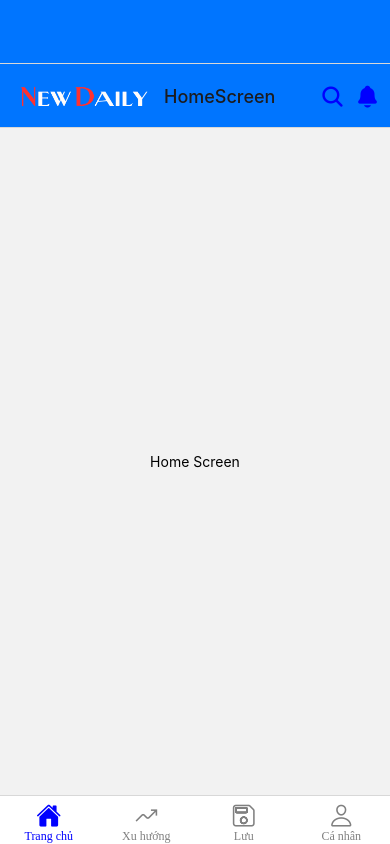
Repository: Quynhhuong150322/New_Daily
Screen: /BottomTab
These files come from the project's save history. The screen is drawn as it stood at one moment and after the next save; the edit follows.
The app was drawn by React Native's web renderer in a window 390 px wide. The project was rebuilt for these pictures with package versions that can differ from the ones it lists, and the page was loaded fresh each time. Also part of the build but not shown: firebase.js, screens/Login.js, screens/Signup.js, screens/Trending.js, screens/Save.js, components/Divider.js, components/Tab.js, screens/Profile.js and 4 more.

Above is the screen before, as saved 2023-12-20 06:21:38.

### App.js
import React from "react";
import {  StyleSheet, View } from "react-native";
import AppNavigator from "./navigation/AppNavigator";


export default function App() {
  return (
    <View style={styles.container}>
      <AppNavigator />
    </View>
  );
}

const styles = StyleSheet.create({
  container: {
    flex: 1,
  },
});

### navigation/AppNavigator.js
import { NavigationContainer } from '@react-navigation/native';
import { createNativeStackNavigator } from "@react-navigation/native-stack"
import Login from "../screens/Login";
import Signup from "../screens/Signup";
import  Welcome from "../screens/Welcome";
import  Home from "../screens/Home";
import  BottomTab from "../screens/ButtomTab";
import Trending from '../screens/Trending'
import Save from '../screens/Save'
import Profile from '../screens/Profile'
import Setting from '../screens/Setting'
import Dark_Mode from '../screens/Dark_Mode'
import Following from '../screens/Following'
import Notification from '../screens/Following'
import Privacy_Policy from '../screens/Following'
import Read_Later from '../screens/Following'
import Read_Recently from '../screens/Dark_Mode'
import Saved from '../screens/Following'
import Terms_Of_Use from '../screens/Following'
import Reading_Mode from '../screens/Reading_Mode'

const Stack = createNativeStackNavigator();


export default function AppNavigator() {
  return (
    <NavigationContainer>
      <Stack.Navigator
        initialRouteName='Welcome'
      >
        <Stack.Screen
          name="Welcome"
          component={Welcome}
          options={{
            headerShown: false
          }}
        />
        <Stack.Screen
          name="Login"
          component={Login}
          options={{
            headerShown: false
          }}
        />
        <Stack.Screen
          name="Signup"
          component={Signup}
          options={{
            headerShown: false
          }}
        />
        <Stack.Screen
          name="BottomTab"
          component={BottomTab}
          options={{ headerShown: false }}
        />
        <Stack.Screen
          name="Home"
          component={Home}
          options={{ headerShown: false }}
        />
        <Stack.Screen
          name="Trending"
          component={Trending}
        />
        <Stack.Screen
          name="Save"
          component={Save}
        />
        <Stack.Screen
          name="Profile"
          component={Profile}
        />
        <Stack.Screen
          name="Setting"
          component={Setting}
        />
        <Stack.Screen
          name="Dark_Mode"
          component={Dark_Mode}
        />
        <Stack.Screen
          name="Following"
          component={Following}
        />
        <Stack.Screen
          name="Notification"
          component={Notification}
        />
        <Stack.Screen
          name="Privacy_Policy"
          component={Privacy_Policy}
        />
        <Stack.Screen
          name="Read_Later"
          component={Read_Later}
        />
        <Stack.Screen
          name="Read_Recently"
          component={Read_Recently}
        />
        <Stack.Screen
          name="Saved"
          component={Saved}
        />
        <Stack.Screen
          name="Terms_Of_Use"
          component={Terms_Of_Use}
        />
        <Stack.Screen
          name="Reading_Mode"
          component={Reading_Mode}
        />

      </Stack.Navigator>
    </NavigationContainer>
  );
}

### screens/Welcome.js
import { View, Text, Pressable, Image } from 'react-native'
import React from 'react'
import { LinearGradient } from "expo-linear-gradient";
import colors from '../constants/colors';
import Button from '../components/Button';

const Welcome = ({ navigation }) => {

    return (
        <LinearGradient
            style={{
                flex: 1
            }}
            colors={[colors.Xanh_nhat, colors.Xanh_nhat]}
        >
            <View style={{ flex: 1 }}>
                <View>
                    <Image
                        source={require("../assets/Loading.png")}
                        style={{
                            height: 500,
                            width: 500,
                            position: "absolute",
                            top: 5,
                            right: -50,
                        }}
                    />

                    {/* <Image
                        source={require("../assets/Logo-4.png")}
                        style={{
                            height: 100,
                            width: 100,
                            borderRadius: 20,
                            position: "absolute",
                            top: -30,
                            left: 100,
                            transform: [
                                { translateX: 50 },
                                { translateY: 50 },
                                { rotate: "-5deg" }
                            ]
                        }}
                    /> */}
                </View>

                {/* content  */}

                <View style={{
                    paddingHorizontal: 22,
                    position: "absolute",
                    top: 400,
                    width: "100%"
                }}>
                    <Text style={{
                        fontSize: 25,
                        fontWeight: 1000,
                        color: colors.Xam1,
                        top: 30,
                        fontFamily: 'OpenSans-Regular',
                    }}>Đọc báo chỉ với một ứng dụng</Text>
                    <Text style={{
                        fontSize: 40,
                        fontWeight: 800,
                        color: colors.Den,
                        fontFamily: 'Helvetica-Bold',
                        top: 40,
                    }}>New Daily</Text>

                    <View style={{ marginVertical: 22 }}>
                        <Text style={{
                            fontSize: 16,
                            color: colors.Xam1,
                            marginVertical: 4,
                            top: 40,
                            fontFamily: 'OpenSans-Regular',
                        }}>Đọc tin tức mới nhất một cách mượt mà và nhanh chóng vào thời gian rảnh</Text>

                    </View>

                    <Button
                        title= {
                            <Text style={{
                                color: colors.Trang, fontSize: 25,
                                fontFamily: 'Helvetica-Bold',
                                }}>Đọc ngay
                            </Text>
                        }
                        onPress={() => navigation.navigate("Signup")}
                        style={{
                            marginTop: 22,
                            width: "100%",
                            backgroundColor: colors.Xanh_dam,
                            top: 30,
                        }}
                    />

                    <View style={{
                        flexDirection: "row",
                        marginTop: 12,
                        justifyContent: "center",
                        top: 50
                    }}>
                        <Text style={{
                            fontSize: 16,
                            color: colors.Den
                        }}>Bạn đã có tài khoản chưa?</Text>
                        <Pressable
                            onPress={() => navigation.navigate("Login")}
                        >
                            <Text style={{
                                fontSize: 16,
                                color: colors.Xanh_dam,
                                fontWeight: "bold",
                                marginLeft: 4
                            }}>Đăng nhập</Text>
                        </Pressable>

                    </View>
                </View>
            </View>
        </LinearGradient>
    )
}

export default Welcome

### screens/Home.js
import React from 'react';
import { createStackNavigator } from '@react-navigation/stack';
import { View, Text, Image, TouchableOpacity } from 'react-native';
import Ionicons from 'react-native-vector-icons/Ionicons';

const HomeStack = createStackNavigator();

function LogoTitle() {
    return (
        <Image
            style={{ width: 128, height: 20, marginLeft:20, marginTop:0}}
            source={require('../assets/Logo.png')}
        />
    );
}

function HomeScreen() {
    return (
        <View style={{ flex: 1, justifyContent: 'center', alignItems: 'center' }}>
            <Text>Home Screen</Text>
        </View>
    );
}

const Home = () => {
    return (
        <HomeStack.Navigator>
            <HomeStack.Screen
                name="HomeScreen"
                component={HomeScreen}
                options={{
                    headerLeft: props => <LogoTitle {...props} />,

                    headerRight: () => (
                        <View style={{ flexDirection: 'row', marginRight: 10 }}>
                            <TouchableOpacity onPress={() => {/* handle search press */}}>
                                <Ionicons name="search" size={25} color="blue" />
                            </TouchableOpacity>
                            <TouchableOpacity onPress={() => {/* handle notification press */}} style={{ marginLeft: 10 }}>
                                <Ionicons name="notifications" size={25} color="blue" />
                            </TouchableOpacity>
                        </View>
                    ),
                    headerStyle: {
                        backgroundColor: '#0075FF',
                    },
                }}
            />
        </HomeStack.Navigator>
    );
}

export default Home;

### screens/ButtomTab.js
import * as React from "react";
import { createBottomTabNavigator } from "@react-navigation/bottom-tabs";
import Ionicons from "react-native-vector-icons/Ionicons";
import Home from './Home'
import Trending from './Trending'
import Save from './Save'
import Profile from './Profile'

const Tab = createBottomTabNavigator();

export default function ButtomTab() {
    return (
        <Tab.Navigator
        screenOptions={({ route }) => ({
            tabBarIcon: ({ focused, color, size }) => {
            let iconName;

            if (route.name === "Trang chủ") {
                iconName = focused ? "home" : "home-outline";
            } else if (route.name === "Xu hướng") {
                iconName = focused ? "trending-up" : "trending-up-outline";
            } else if (route.name === "Lưu") {
                iconName = focused ? "save" : "save-outline";
            } else if (route.name === "Cá nhân") {
                iconName = focused ? "person" : "person-outline";
            }

            return <Ionicons name={iconName} size={size} color={color} style={{ marginTop: 5 }}/>;
            },
        })}
        tabBarOptions={{
            activeTintColor: "blue",
            inactiveTintColor: "gray",
            labelStyle: {
                fontSize: 12,
                fontFamily: 'OpenSans-Regular',
            },
        }}
        >
            <Tab.Screen
                name="Trang chủ"
                component={Home}
                options={{
                    // title: 'NEWDAILY',
                    headerStyle: {
                    backgroundColor: '#0075FF',

                    },
                    headerTitleStyle: {
                    color: 'white',
                    fontSize: 16,
                    paddingTop: 100,
                    marginLeft: 0
                    },
                    // headerTitleAlign: 'center',
                }}
            />
            <Tab.Screen name="Xu hướng" component={Trending} />
            <Tab.Screen name="Lưu" component={Save} />
            <Tab.Screen name="Cá nhân" component={Profile} />
        </Tab.Navigator>
    );
}

### constants/colors.js
const colors = {
    Xanh_nhat: "#D0ECEF",
    Xanh_dam: "#0075FF",
    Do: "#FF0000",
    Xam1: "#666666",
    Xam2: "#9E9C9C",
    Xam3: "#C0C0C0",
    Den: "#222222",
    Trang: "#FFFFFF",

}

export default colors;

### components/Button.js
import { Text, TouchableOpacity, StyleSheet } from 'react-native'
import React from 'react'
import colors from '../constants/colors'

const Button = (props) => {
    const filledBgColor = props.color || colors.primary;
    const outlinedColor = colors.white;
    const bgColor = props.filled ? filledBgColor : outlinedColor;
    const textColor = props.filled ? colors.white : colors.primary;

    return (
        <TouchableOpacity
            style={{
                ...styles.button,
                ...{ backgroundColor: bgColor },
                ...props.style
            }}
            onPress={props.onPress}
        >
            <Text style={{ fontSize: 20, ... { color: textColor } }}>{props.title}</Text>
        </TouchableOpacity>
    )
}

const styles = StyleSheet.create({
    button: {
        paddingBottom: 16,
        paddingVertical: 10,
        borderColor: colors.Xanh_dam,
        borderWidth: 2,
        borderRadius: 12,
        alignItems: 'center',
        justifyContent: 'center'
    }
})
export default Button

After the next save:
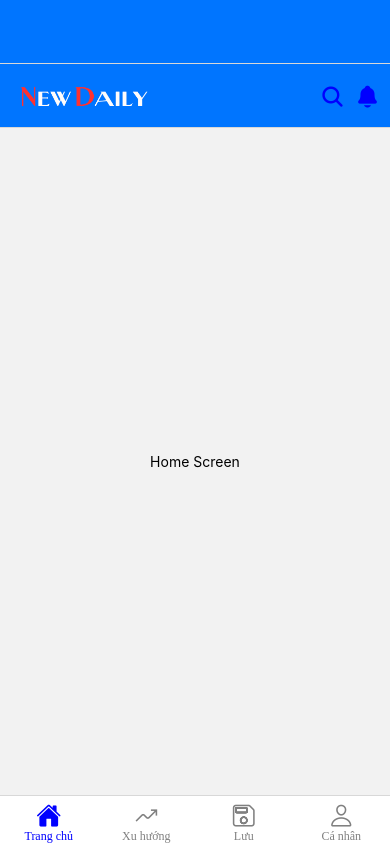
Saved 26 s later.
--- a/screens/Home.js
+++ b/screens/Home.js
@@ -30,7 +30,7 @@
                 component={HomeScreen}
                 options={{
                     headerLeft: props => <LogoTitle {...props} />,
-
+                    headerTitle: '',
                     headerRight: () => (
                         <View style={{ flexDirection: 'row', marginRight: 10 }}>
                             <TouchableOpacity onPress={() => {/* handle search press */}}>
